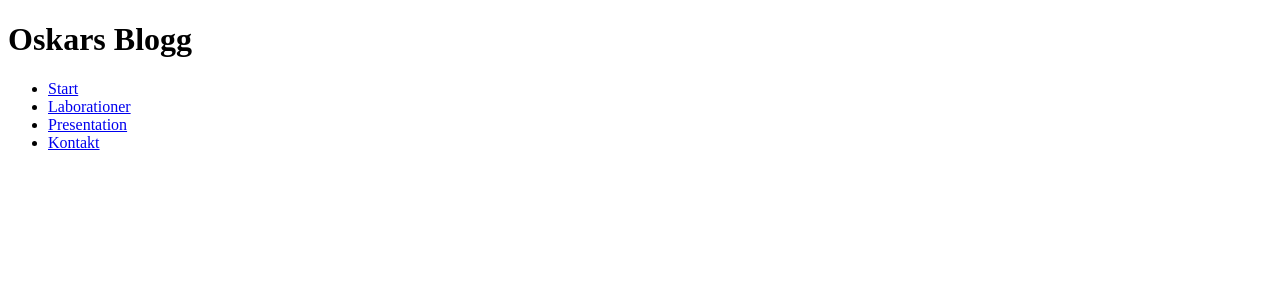
Repository: oe222bu/1ik415-laborationer
Page: Pages/kontakt.html
The author's editor kept a record of every edit. The page is drawn from the files as they stood at one moment, then again after the next edit.
The browser window is 1280 px wide. The pictures show the whole page.

Above is the page before.

After the next edit:
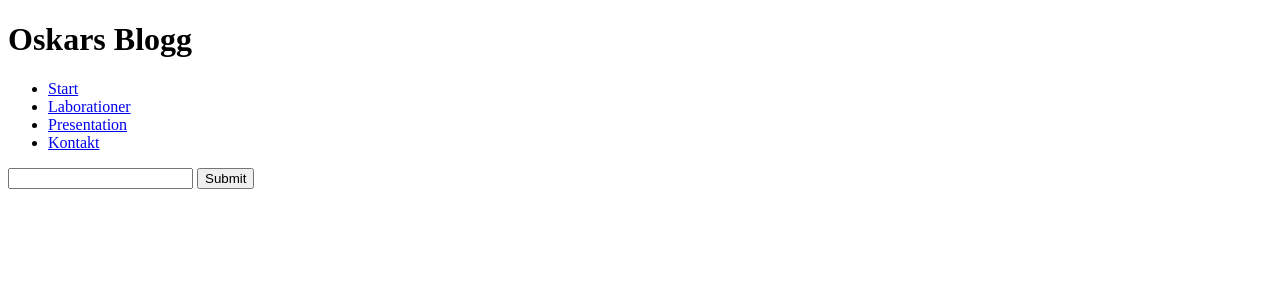
The edit:
--- a/Pages/kontakt.html
+++ b/Pages/kontakt.html
@@ -16,7 +16,10 @@
 <li><a href="Presentation.html">Presentation</a></li>
 <li><a href="kontakt.html">Kontakt</a></li>
         </ul>
-
+       <form action="http://voyager.lnu.se/tekinet/kurser/dtt/wp_webbintro/form.php" method="POST">
+           <input type="text" name=""/>
+           <input type="submit" value="Submit"/>
+       </form>
 
 
 
